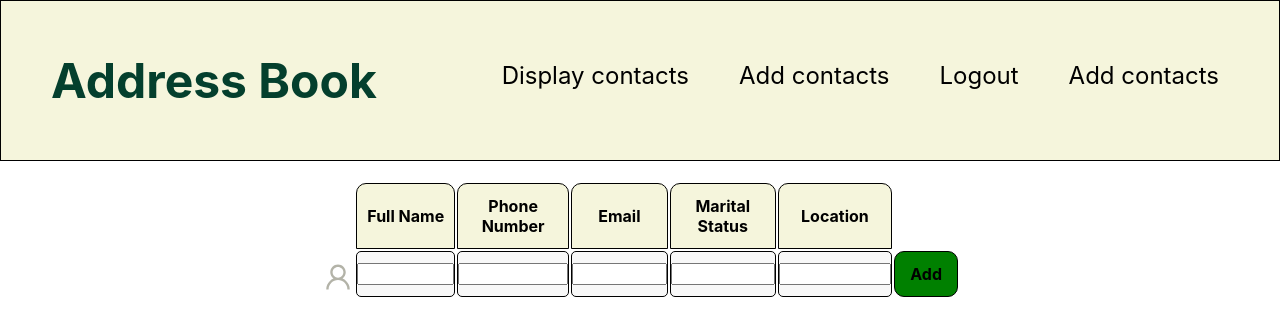
Repository: jatannoury/Address-Book
Page: /add_contact
These files come from the project's save history. The page is drawn as it stood at one moment and after the next save; the edit follows.
The browser window is 1280 px wide. The pictures show the whole page.
The project was rebuilt for these pictures with package versions that can differ from the ones it lists, and the page was loaded fresh each time. Also part of the build but not shown: src/components/Email.js, src/components/Password.js, src/components/Login.js, src/components/Username.js, src/components/SignUp.js, src/components/Table.js, src/components/Contacts.js.

Above is the page before, as saved 2022-06-26 03:28:59.

### src/App.js
import "./App.css";
import { BrowserRouter, Routes, Route } from "react-router-dom";
import Login from "./components/Login";
import SignUp from "./components/SignUp";
import Contacts from "./components/Contacts";
import React, { Component, useState } from "react";
import Navbar from "./components/Navbar";
import { AiOutlineUser } from "react-icons/ai";
import AddSection from "./components/AddSection";

function App() {
  return (
    <BrowserRouter>
      <Routes>
        <Route path="/" element={<Login />}></Route>
        <Route path="/register" element={<SignUp />}></Route>
        <Route path="/contact_page" element={<Contacts />}></Route>
        <Route path="/add_contact" element={<AddSection />}></Route>
      </Routes>
    </BrowserRouter>
  );
}

export default App;

### src/App.css
* {
  padding: 0;
  margin: 0;
  box-sizing: border-box;
}

.body_container {
  text-align: center;
}

.content_container {
  text-align: center;
  border: 2px solid white;
  width: 40%;
  color: white;
  margin-left: auto;
  margin-right: auto;
  margin-top: 5%;
  border-radius: 30px;
  background-color: #f5f5dc;
  box-shadow: 10px 10px #f1f1e1;
}
hr {
  width: 6%;
  margin-left: auto;
  margin-right: auto;
  margin-bottom: 6%;
}
.hr {
  width: 100%;
  margin-bottom: 50px;
}

.title {
  margin-top: 5%;
  margin-bottom: 1.5%;
  font-family: system-ui, -apple-system, BlinkMacSystemFont, "Segoe UI", Roboto,
    Oxygen, Ubuntu, Cantarell, "Open Sans", "Helvetica Neue", sans-serif;
  font-weight: 200;
  color: rgb(22, 118, 118);
  background-color: #f5f5dc;
}
form > div {
  margin-left: 30px;
  margin-bottom: 30px;
}
form > div > input {
  width: 70%;
}

form > input {
  background-color: #a8b59b;
  /* border-radius:10px; */
  padding-top: 2.5%;
  padding-bottom: 2.5%;
  width: 60%;
  padding-left: 2.5%;
  font-size: 100%;
  border: 1px solid #395174;
}

.submit {
  /* margin-bottom: 20%; */
  font-family: system-ui, -apple-system, BlinkMacSystemFont, "Segoe UI", Roboto,
    Oxygen, Ubuntu, Cantarell, "Open Sans", "Helvetica Neue", sans-serif;
  font-size: 150%;
  font-weight: 500;
  color: white;
}

.submit:hover {
  background-color: rgb(151, 171, 165);
  box-shadow: 5px px rgb(151, 171, 165);
}
form {
  background-color: #f5f5dc;
  border-radius: 10px;
}

.icon {
  border: 1px solid black;
  width: 10%;
  position: relative;
  left: 75px;
  color: grey;
}

.user,
.pass {
  display: flex;
  width: 100%;
}

input[type="text"],
[type="password"] {
  padding-left: 80px;
  font-size: 100%;
}
.signupLink {
  margin-bottom: 100px;
  margin-top: 10px;
}

.signupLink > a:hover {
  color: black;
}
.navbar {
  border: 1px solid black;
  display: flex;

  justify-content: space-between;
  padding: 50px 50px 50px 50px;
  background-color: #f5f5dc;
}
.sub_nav > a {
  text-decoration: none;
  color: black;
  /* border: 1px solid black; */
  font-size: 150%;
  padding-top: 50px;
  padding-bottom: 50px;
  padding-left: 10px;
  padding-right: 10px;
}
.sub_nav > a:hover {
  color: #043f2d;
  font-weight: 800;
}
.nav1 {
  display: flex;
  margin-top: 10px;
  gap: 30px;
}
.addressBook {
  font-size: 300%;
  color: #043f2d;
  font-weight: 700;
}
.header {
  display: flex;
}

.sub_header {
  font-size: 150%;
  margin-top: 20px;
  border: 1px solid #f5f5dc;
  background-color: #f5f5dc;
  border-radius: 10px 10px 0px 0px;
  padding: 10px 10px 10px 10px;
}
table {
  margin-top: 20px;
  text-align: center;
  margin-left: auto;
  margin-right: auto;
  width: 50%;
}
th {
  border: 1px solid black;
  border-radius: 10px 10px 0px 0px;
  background-color: #f5f5dc;
  padding-top: 12px;
  padding-bottom: 12px;
  text-align: center;
}
td {
  border: 1px solid black;
  border-radius: 5px;
  background-color: #f8f8f8;
  padding: 10px 0;
}
th:first-child {
  background-color: white;
  border: none;
}
.iconn {
  margin-top: 10px;
  font-size: 200%;
  color: #b3b3a8;
}
.del {
  border-radius: 10px;
  background-color: rgb(235, 64, 64);
  cursor: pointer;
}
.underline {
  text-decoration: underline;
}
.input {
  width: 100%;
  padding-left: 0px !important;
  height: 100%;
}
.add {
  border-radius: 10px;
  background-color: green;
  cursor: pointer;
  padding-left: 15px;
  padding-right: 15px;
}

### src/components/Navbar.js
import React from "react";

const Navbar = () => {
  return (
    <nav className="navbar">
      <div className="addressBook">Address Book</div>
      <div className="nav1 ">
        <div className="sub_nav ">
          <a href="/contact_page">Display contacts</a>
        </div>
        <div className="sub_nav">
          <a href="/add_contact">Add contacts</a>
        </div>
        <div className="sub_nav">
          <a href="/">Logout</a>
        </div>
        <div className="sub_nav">
          <a href="/search_contact">Add contacts</a>
        </div>
      </div>
    </nav>
  );
};

export default Navbar;

### src/components/AddSection.js
import React, { Component, useState } from "react";
import Navbar from "./Navbar";
import { AiOutlineUser } from "react-icons/ai";
import jwt_decode from "jwt-decode";

const AddSection = () => {
  const [name, setName] = useState("");
  const [nb, setNb] = useState("");
  const [mail, setMail] = useState("");
  const [status, setStatus] = useState("");
  const [loc, setLoc] = useState("");
  const addContact = async () => {
    try {
      const res = await fetch("http://localhost:3001/api/user/set_contact", {
        method: "POST",
        headers: {
          "Content-type": "application/json",
        },
        body: JSON.stringify({
          fullName: name,
          phoneNb: nb,
          rlsStatus: status,
          email: mail,
          long: loc.split(/[, ]+/)[0],
          lat: loc.split(/[, ]+/)[1],
          token: localStorage.getItem("access_token"),
          curr_user: jwt_decode(localStorage.getItem("access_token"))._id,
        }),
      });
      const data = await res.json();
      console.log(data);
      if (data.code) {
        alert("Phone Number already in use");
      }
    } catch (error) {
      console.log(error);
    }
  };

  return (
    <>
      <Navbar />
      <table className="table">
        <thead>
          <tr>
            <th></th>
            <th>Full Name</th>
            <th>Phone Number</th>
            <th>Email</th>
            <th>Marital Status</th>
            <th>Location</th>
          </tr>
        </thead>
        <tbody>
          <tr>
            <AiOutlineUser className="iconn" />
            <td>
              <input
                type="text"
                className="input"
                onChange={(e) => {
                  setName(e.target.value);
                  console.log(name);
                }}
              ></input>
            </td>
            <td>
              <input
                type="text"
                className="input"
                onChange={(e) => {
                  setNb(e.target.value);
                  console.log(nb);
                }}
              ></input>
            </td>
            <td>
              <input
                type="text"
                className="input"
                onChange={(e) => {
                  setMail(e.target.value);
                  console.log(mail);
                }}
              ></input>
            </td>
            <td>
              <input
                type="text"
                className="input"
                onChange={(e) => {
                  setStatus(e.target.value);
                  console.log(status);
                }}
              ></input>
            </td>
            <td>
              <input
                type="text"
                className="input"
                onChange={(e) => {
                  setLoc(e.target.value);
                  console.log(loc);
                }}
              ></input>
            </td>
            <th
              className="add"
              onClick={(e) => {
                console.log(name, mail, nb, status, loc);
                addContact();

                setTimeout(() => {
                  window.location.href = "/contact_page";
                }, 1000);
              }}
            >
              Add
            </th>
          </tr>
        </tbody>
      </table>
    </>
  );
};

export default AddSection;

Loaded but not shown: public/index.html (common file); src/index.js (common file); src/index.css (common file); src/reportWebVitals.js (common file)

After the next save:
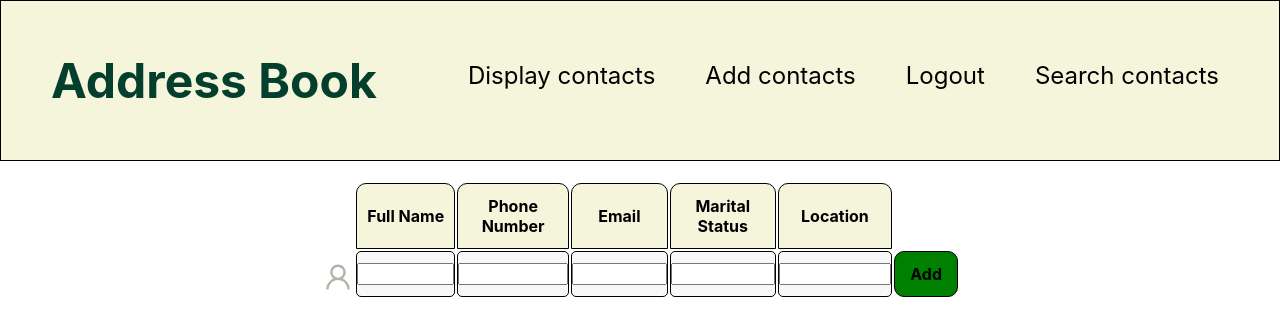
Saved 5 s later.
--- a/src/components/Navbar.js
+++ b/src/components/Navbar.js
@@ -15,7 +15,7 @@ const Navbar = () => {
           <a href="/">Logout</a>
         </div>
         <div className="sub_nav">
-          <a href="/search_contact">Add contacts</a>
+          <a href="/search_contact">Search contacts</a>
         </div>
       </div>
     </nav>
